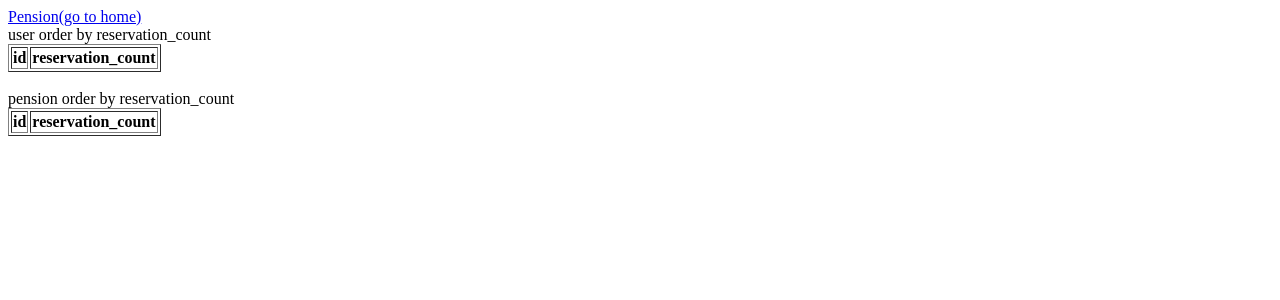
Repository: spero-spera/termproject
Page: http://localhost/admin.php
The author's editor kept a record of every edit. The page is drawn from the files as they stood at one moment, then again after the next edit.
The browser window is 1280 px wide. The pictures show the whole page.
The page is run by PHP 8.4 with error messages shown; the project is at /var/www/html/. Queries for data that is not in the repository find no rows.

Above is the page before.

### admin.php
<div id="home"><a href="../index.php">Pension(go to home)</a></div>

<html>
<head>
</head>
<body>
	<?php
	$conn=mysqli_connect("127.0.0.1","root","1234","c9") or
	die( "can't connect mysql.");
	$sql= "select userid, count(*) from reservation group by userid";
	$result = mysqli_query($conn, $sql);
	$sql2 = "select name, count(*) from reservation A, pension B where A.pension_number = B.number group by name";
	$result2 = mysqli_query($conn, $sql);
	echo "user order by reservation_count";
	 ?>
     <table class="table" border=1>
     <thead>
     <th>id</th>
     <th>reservation_count</th>
     </thead>
     <?php while($list = mysqli_fetch_row($result)) :?>
     <tr>
     <td><?php echo $list[0]?></td>
     <td><?php echo $list[1]?></td>
    </tr>
    <?php endwhile ?>
    </table>
    <br>
    <?php
    echo "pension order by reservation_count"; ?>
    <table class="table" border=1>
     <thead>
     <th>id</th>
     <th>reservation_count</th>
     </thead>
     <?php while($list2 = mysqli_fetch_row($result2)) :?>
     <tr>
     <td><?php echo $list2[0]?></td>
     <td><?php echo $list2[1]?></td>
    </tr>
    <?php endwhile ?>
    </table>
    <br>

After the next edit:
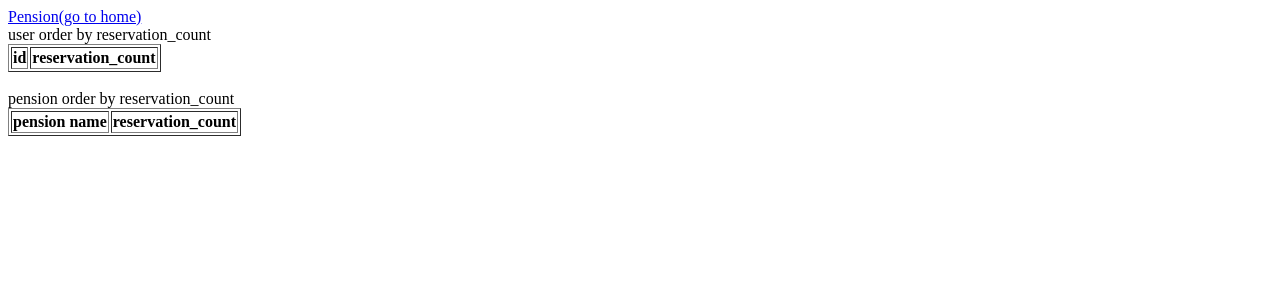
The edit:
--- a/admin.php
+++ b/admin.php
@@ -30,7 +30,7 @@
     echo "pension order by reservation_count"; ?>
     <table class="table" border=1>
      <thead>
-     <th>id</th>
+     <th>pension name</th>
      <th>reservation_count</th>
      </thead>
      <?php while($list2 = mysqli_fetch_row($result2)) :?>
